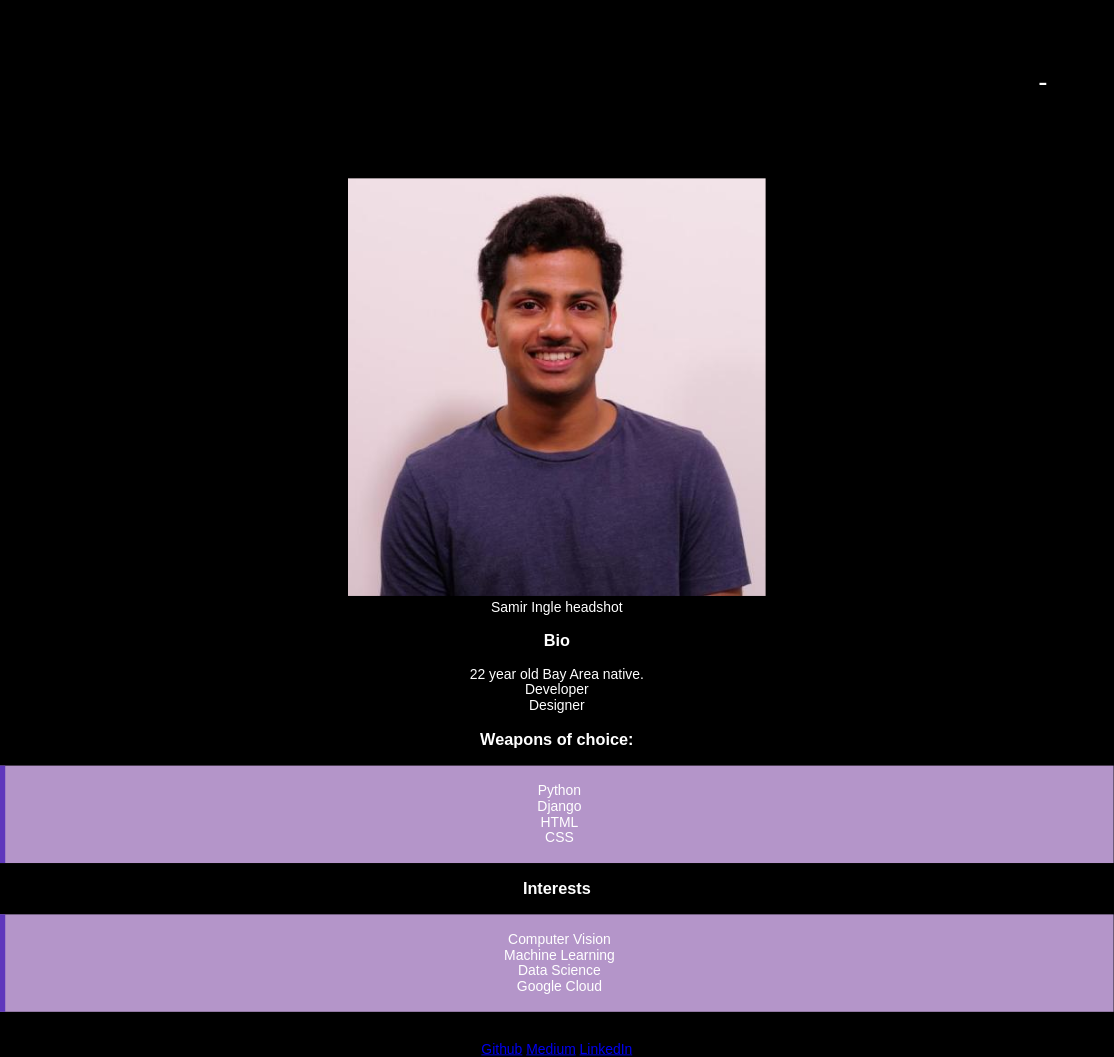
Repository: SamirIngley/html-semantic
Page: about.html
These files come from the project's save history. The page is drawn as it stood at one moment and after the next save; the edit follows.
The browser window is 1280 px wide. The pictures show the whole page, at 87% of full size.

Above is the page before, as saved 2020-01-30 09:32:38.

### about.html
<!DOCTYPE html>
<html lang="en">
<head>
    <meta charset="UTF-8">
    <meta name="viewport" content="width=device-width, initial-scale=1.0">
    <meta http-equiv="X-UA-Compatible" content="ie=edge">
    <link href="style.css" rel="stylesheet">
    <title>Samir Ingle</title>
</head>
<body>

</body>
</html>
<header>
    <nav>
        <div class='dropdown'>
            <button class='dropbtn'>-</button>
            <div class="dropdown-content">
                <a href="#">About</a>
                <a href="#">Projects</a>
                <a href="#">Contact</a>
            </div>
        </div>
    </nav>
</header>
<center>
<figure>
        <img src="images/prof_pic.jpeg" alt="samir-profile-pic" style="width:40%;">
        <figcaption>Samir Ingle headshot</figcaption>
    </figure>

    <article>
        <h3>Bio</h3>
        <p>
        22 year old Bay Area native.
        <br>
        Developer
        <br>
        Designer
        </p>
    </article>
        <section>
            <h3>Weapons of choice:</h3>
            <ul>
                <li>Python</li>
                <li>Django</li>
                <li>HTML</li>
                <li>CSS</li>
            </ul>
        </section>
        <section>
            <h3>Interests</h3>
            <ul>
                <li>Computer Vision</li>
                <li>Machine Learning</li>
                <li>Data Science</li>
                <li>Google Cloud</li>
            </ul>
        </section>
        <p>
<footer>
        <br>
        <a href="https://github.com/SamirIngley">Github</a>
        <a href="https://medium.com/@SamirIngle">Medium</a>
        <a href="https://www.linkedin.com/in/samiringle/">LinkedIn</a>
</footer>
</center>

### style.css
* {
    box-sizing: border-box;
}

body {
    margin: 0;
    background-color:black;
    color: white;
    font-family: Sans-serif;
  }

nav {
    background-color: rgba(215, 176, 251, 0);
    font-weight:bold;
  }


nav a {
    color: white;
    text-align: center;
    font-size: 2vw;
    text-decoration: none;
}
nav a:hover{
    color: lime;

}
nav a.active {
    background-color: orange;
    color: purple;
}


nav {
    display: flex;
    justify-content: flex-end;
    list-style: none;
}

nav {
    padding: 1em;
}

<style>
body {
  margin: 0;
  font-family: Arial, Helvetica, sans-serif;
}

ul {
  border-left: 6px solid #5e37bc;
  background-color: #b495c9;
  color: white;
  list-style-type: none;
  padding: 20px 10px;
}

.topnav {
  overflow: hidden;
  background-color: #333;
}

.topnav a {
  float: right;
  color: #f2f2f2;
  text-align: center;
  padding: 14px 16px;
  text-decoration: none;
  font-size: 17px;
}

.topnav a:hover {
  background-color: #ddd;
  color: black;
}

.topnav a.active {
  background-color: #4CAF50;
  color: white;
}

.dropbtn {
  background-color: rgba(0, 0, 0, 0.363);
  min-width: 100px;

  color: white;
  padding: 60px;
  font-size: 2em;
  border: 16px;
  cursor: pointer;
}

.dropdown {
  position: relative;
  display: inline-block;
}

.dropdown-content {
  display: none;
  position: absolute;
  right: 0;
  background-color: #ffffff;
  min-width: 200px;
  box-shadow: 0px 8px 16px 0px rgba(0,0,0,0.2);
  z-index: 1;
}

.dropdown-content a {
  color: white;
  padding: 40px 40px;
  text-decoration: none;
  display: block;
}

.dropdown-content a:hover {background-color: #000000;}

.dropdown:hover .dropdown-content {display: block;}
.dropdown:hover .dropbtn {background-color: #000000;}
.dropdown:



</style>
</head>
<body>

After the next save:
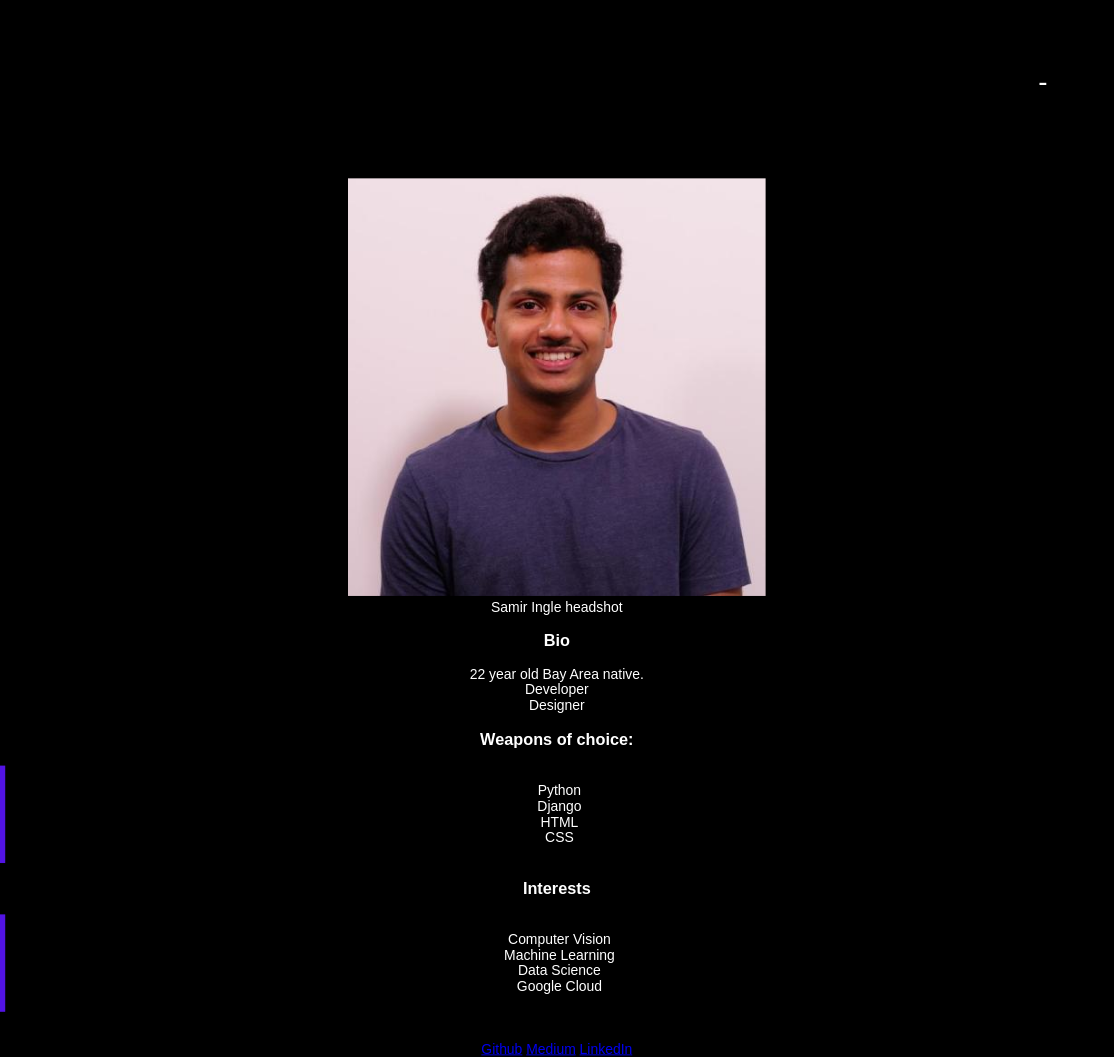
Saved 22 s later.
--- a/style.css
+++ b/style.css
@@ -48,8 +48,8 @@ body {
 }
 
 ul {
-  border-left: 6px solid #5e37bc;
-  background-color: #b495c9;
+  border-left: 6px solid #5213e4;
+  background-color: #000000;
   color: white;
   list-style-type: none;
   padding: 20px 10px;
